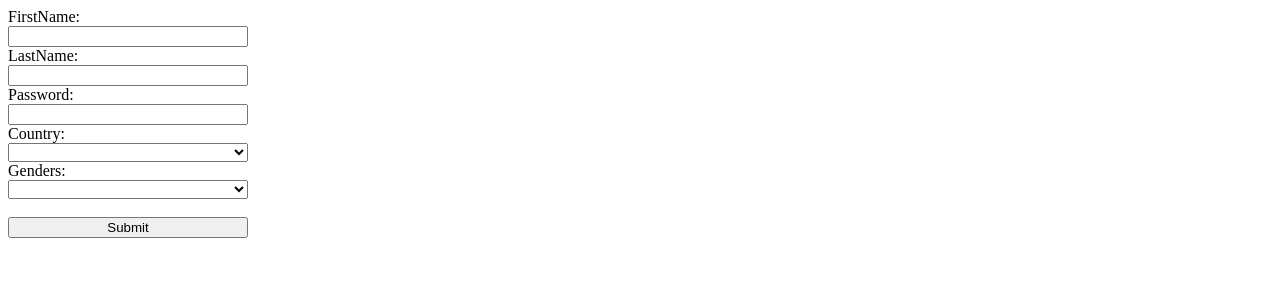
Repository: Vijay-aura/Wicket
Page: wicket-practice/src/main/java/com/form/InputFieldsPage.html
An editor plug-in stored every save of this project. The page is shown before and after the next save, followed by the edit.
The browser window is 1280 px wide. The pictures show the whole page.

Above is the page before, as saved 2024-03-05 05:33:38.

After the next save:
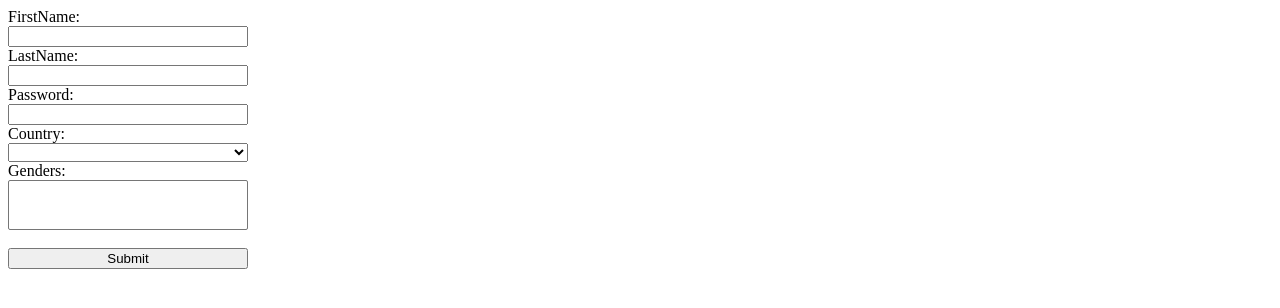
Saved 2 min 50 s later.
--- a/wicket-practice/src/main/java/com/form/InputFieldsPage.html
+++ b/wicket-practice/src/main/java/com/form/InputFieldsPage.html
@@ -20,7 +20,7 @@
 		<input type="text" wicket:id="lastName">
 		Password: <input type="password" wicket:id="password">
 		Country: <select wicket:id="country"></select>
-		Genders: <select wicket:id="gender"></select>
+		Genders: <select wicket:id="gender" size="3"></select>
 		<br><button wicket:id="button">Submit</button>
 	</form>
 	<div wicket:id="detailsContainer">

After the save that followed:
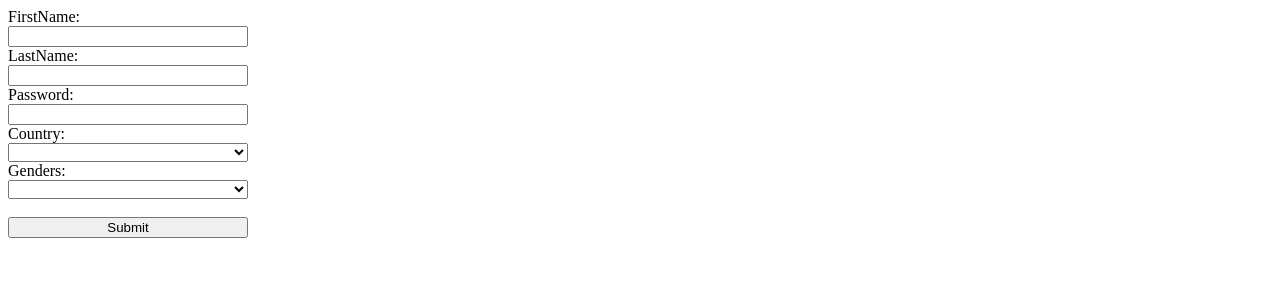
Saved 23 s later.
--- a/wicket-practice/src/main/java/com/form/InputFieldsPage.html
+++ b/wicket-practice/src/main/java/com/form/InputFieldsPage.html
@@ -20,7 +20,7 @@
 		<input type="text" wicket:id="lastName">
 		Password: <input type="password" wicket:id="password">
 		Country: <select wicket:id="country"></select>
-		Genders: <select wicket:id="gender" size="3"></select>
+		Genders: <select wicket:id="gender"></select>
 		<br><button wicket:id="button">Submit</button>
 	</form>
 	<div wicket:id="detailsContainer">
